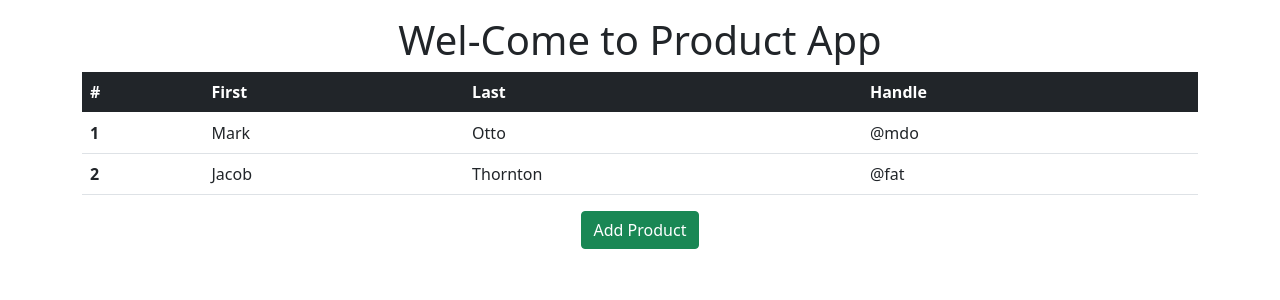
Repository: Hits-95/Spring
Page: http://localhost/Product/WEB-INF/views/index.jsp
These files come from the project's save history. The page is drawn as it stood at one moment and after the next save; the edit follows.
The browser window is 1280 px wide. The pictures show the whole page.
The page is served by Tomcat 9. Nobody is signed in. The template is opened directly, without the code that normally fills it, so the values that code supplies are empty.

Above is the page before, as saved 2021-04-14 04:16:14.

After the next save:
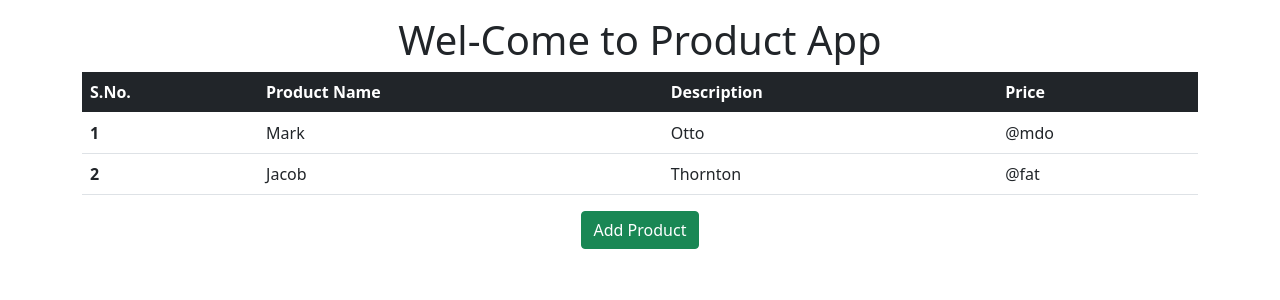
Saved 90 s later.
--- a/Product/src/main/webapp/WEB-INF/views/index.jsp
+++ b/Product/src/main/webapp/WEB-INF/views/index.jsp
@@ -16,10 +16,10 @@
 				<table class="table ">
 					<thead>
 						<tr class="table-dark">
-							<th scope="col">#</th>
-							<th scope="col">First</th>
-							<th scope="col">Last</th>
-							<th scope="col">Handle</th>
+							<th scope="col">S.No.</th>
+							<th scope="col">Product Name</th>
+							<th scope="col">Description</th>
+							<th scope="col">Price</th>
 						</tr>
 					</thead>
 					<tbody>
@@ -40,7 +40,7 @@
 				</table>
 			</div>
 			<div class = "container text-center">
-				<a href="add-product" class = "btn btn-success"> Add Product</a>
+				<a href="sadd-product" class = "btn btn-success"> Add Product</a>
 			</div>
 		</div>
 	</div>
